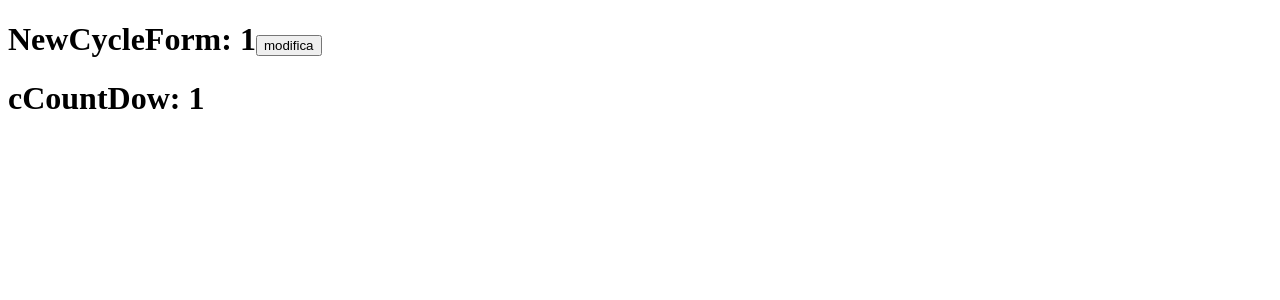
Repository: caueenrico/CoffeDelivery
Page: /
The author's editor kept a copy of each file at every save. The page is drawn from the files as they stood at one save, then again after a run of saves.
The browser window is 1280 px wide. The pictures show the whole page.
The project was rebuilt for these pictures with package versions that can differ from the ones it lists, and the page was loaded fresh each time. Also part of the build but not shown: vite.config.ts.

Above is the page before, as saved 2022-09-29 18:48:25.

After the next 6 saves:
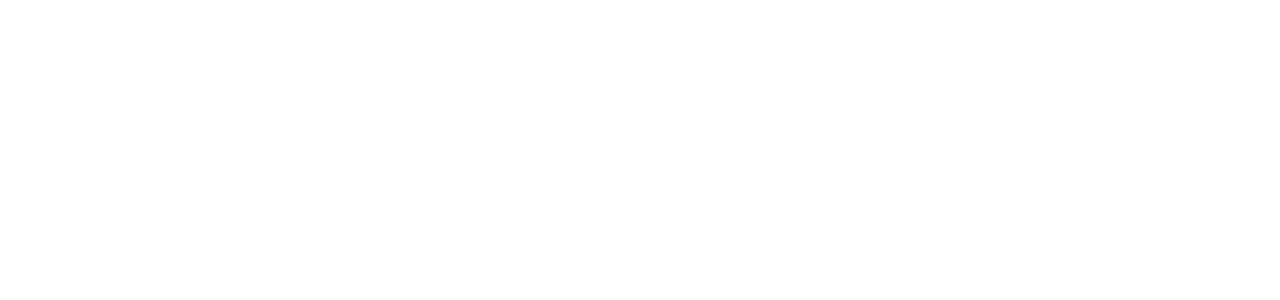
Console error: ReferenceError: useState is not defined
The 6 saves are shown as one change because 1 did not build or start and some came seconds apart.
The last was saved 34 s later.
--- a/src/HomeContext.tsx
+++ b/src/HomeContext.tsx
@@ -21,7 +21,7 @@
 
 
 export function HomeContext() {
-
+  const [activeCycle, setActiveCycle] = useState(1)
 
   return (
     <div>

After the save that followed:
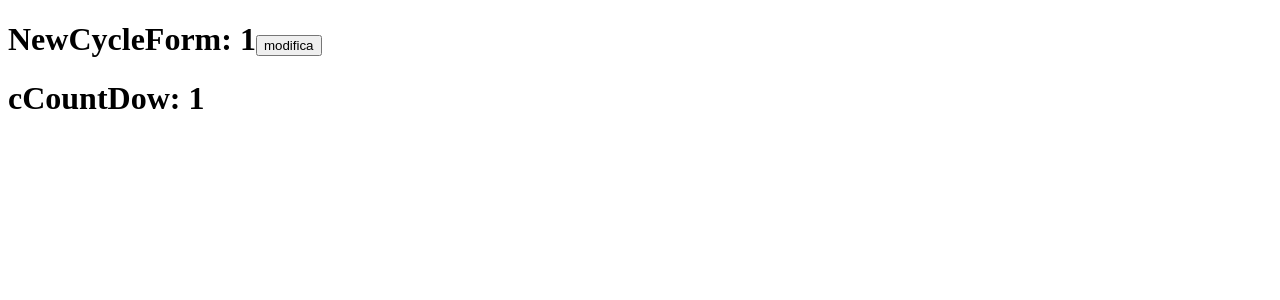
The error is gone.
Saved 6 s later.
--- a/src/HomeContext.tsx
+++ b/src/HomeContext.tsx
@@ -1,4 +1,4 @@
-import { createContext, useContext } from "react";
+import { createContext, useContext, useState } from "react";
 
 const CyclesContext = createContext({
   activeCycle: 1,
